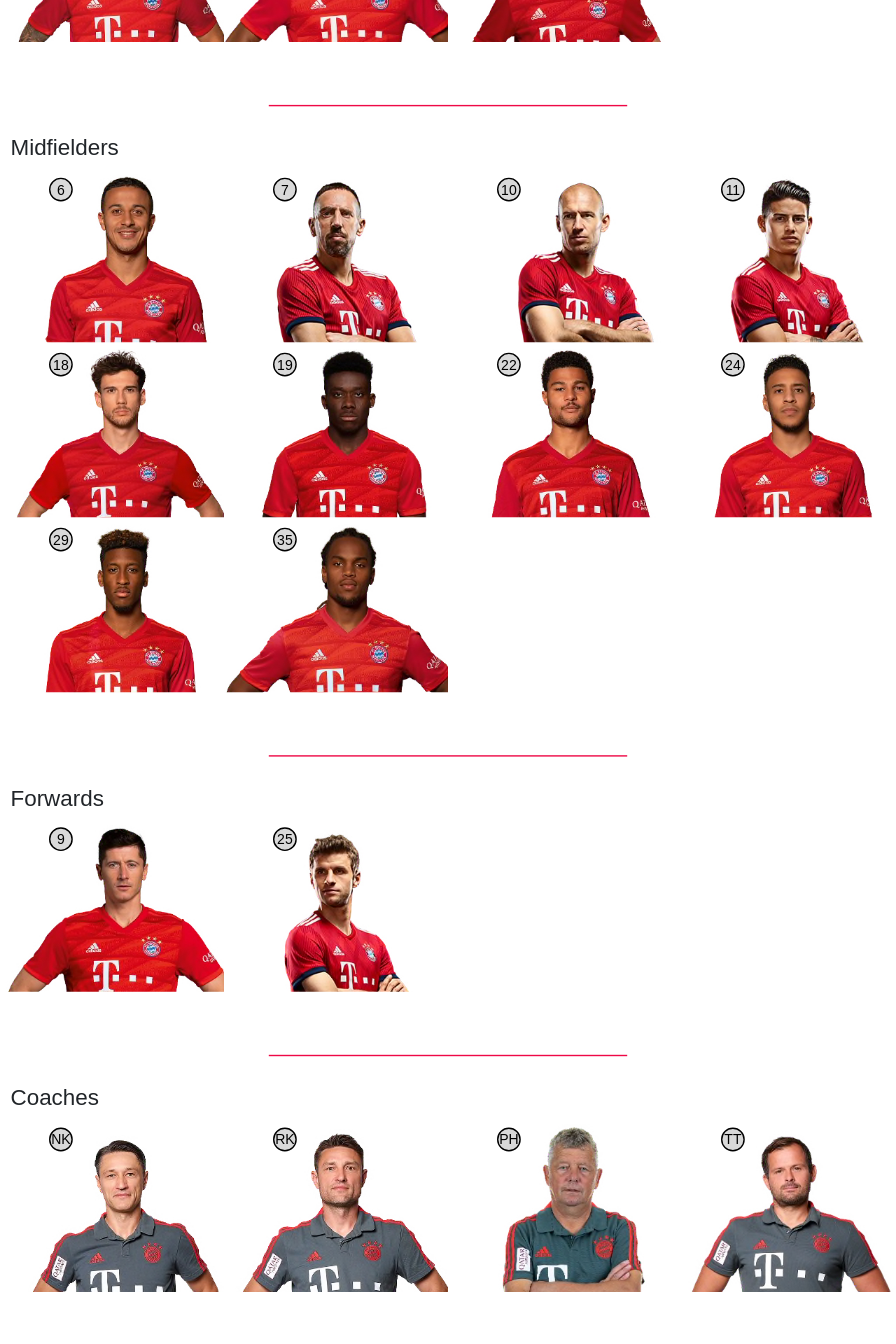
Repository: Code-Institute-Submissions/alnibo-milestone-project-1
Page: team.html
The author's editor kept a record of every edit. The page is drawn from the files as they stood at one moment, then again after the next edit.
The browser window is 1280 px wide. The pictures show the part of the page from y = 1817 to 3737 px (the page is 3853 px tall before and 3603 px after), at 70% of full size.
Some web fonts or font styles are not loaded; a fallback is used.

Above is the page before.

### team.html
<!DOCTYPE html>
<html lang="en">

<head>
    <meta charset="UTF-8">
    <meta name="viewport" content="width=device-width, initial-scale=1.0">
    <link rel="stylesheet" href="https://stackpath.bootstrapcdn.com/bootstrap/4.3.1/css/bootstrap.min.css" type="text/css" />
    <link rel="stylesheet" href="https://stackpath.bootstrapcdn.com/font-awesome/4.7.0/css/font-awesome.min.css" type="text/css" />
    <link rel="stylesheet" href="assets/css/style.css">
    <title>FC Bayern</title>
</head>

<body>

    <!---------------------------------------------------- Navbar -->
    <nav class="navbar navbar-expand-sm navbar-dark fixed-top">
        <a class="navbar-brand" href="index.html">
            <img src="https://upload.wikimedia.org/wikipedia/commons/thumb/1/1f/Logo_FC_Bayern_München_%282002–2017%29.svg/1024px-Logo_FC_Bayern_München_%282002–2017%29.svg.png" width="30" height="30" class="d-inline-block" class="d-inline-block align-center">FC Bayern
        </a>
        <button class="navbar-toggler" type="button" data-toggle="collapse" data-target="#navbarNavDropdown" aria-controls="navbarNavDropdown" aria-expanded="false" aria-label="Toggle navigation">
            <span class="navbar-toggler-icon"></span>
        </button>

        <div class="collapse navbar-collapse" id="navbarNavDropdown">
            <ul class="navbar-nav">
                <li class="nav-item active">
                    <a class="nav-link" href="index.html">Home <span class="sr-only">(current)</span></a>
                </li>
                <li class="nav-item">
                    <a class="nav-link" href="about.html">About</a>
                </li>
                <li class="nav-item dropdown">
                    <a class="nav-link dropdown-toggle" href=#" id="navbarDropdownMenuLink" data-toggle="dropdown" aria-haspopup="true" aria-expanded="false">Team
                    </a>
                    <div class="dropdown-menu" aria-labelledby="navbarDropdownMenuLink">
                        <a class="dropdown-item" href="team.html">All</a>
                        <a class="dropdown-item" href="team.html#goalkeepers">Goalkeepers</a>
                        <a class="dropdown-item" href="team.html#defenders">Defenders</a>
                        <a class="dropdown-item" href="team.html#midfielders">Midfielders</a>
                        <a class="dropdown-item" href="team.html#forwards">Forwards</a>
                        <a class="dropdown-item" href="team.html#coaches">Coaches</a>
                    </div>
                </li>
                <li class="nav-item">
                    <a class="nav-link" href="fixtures.html">Fixtures</a>
                </li>
                <li class="nav-item">
                    <a class="nav-link" href="table.html">Table</a>
                </li>
            </ul>
        </div>
    </nav>


    <!---------------------------------------------------- Content -->

    <div class="container-fluid">
        <div class="row">
            <img class="top-pic-team" src="assets/images/team.jpg" alt="team picture">
        </div>
    </div>

    <div class="container-fluid">
        <div class="row selector-btn">
            <a class="btn btn-sm btn-outline-danger btn--team" href="#goalkeepers">Goalkeepers</a>
            <a class="btn btn-sm btn-outline-danger btn--team" href="#defenders">Defenders</a>
            <a class="btn btn-sm btn-outline-danger btn--team" href="#midfielders">Midfielders</a>
            <a class="btn btn-sm btn-outline-danger btn--team" href="#forwards">Forwards</a>
            <a class="btn btn-sm btn-outline-danger btn--team" href="#coaches">Coaches</a>
        </div>
    </div>

    <div id="goalkeepers" class="container-fluid field-position">
        <h2>Goalkeepers</h2>
        <div class="row">
            <div class="col-12 col-md-6 col-lg-4 col-xl-3 player-pic">
                <img src="assets/images/1manuelneuer.jpg" alt="Manuel Neuer">
                <div class="text-centered1">Manuel Neuer</div>
                <div class="text-centered2">27/03/1986</div>
                <div class="shirt-number">1</div>
            </div>

            <div class="col-12 col-md-6 col-lg-4 col-xl-3 player-pic">
                <img src="assets/images/26svenulreich.jpg" alt="Sven Ulreich">
                <div class="text-centered1">Sven Ulreich</div>
                <div class="text-centered2">03/08/1988</div>
                <div class="shirt-number">26</div>
            </div>

            <div class="col-12 col-md-6 col-lg-4 col-xl-3 player-pic">
                <img src="assets/images/36christianfruchtl.jpg" alt="Christian Früchtl">
                <div class="text-centered1">Christian Früchtl</div>
                <div class="text-centered2">28/01/2000</div>
                <div class="shirt-number">36</div>
            </div>

            <div class="col-12 col-md-6 col-lg-4 col-xl-3 player-pic">
                <img src="assets/images/39ronthorbenhoffmann.jpg" alt="Ron-Thorben Hoffmann">
                <div class="text-centered1">Ron-Thorben Hoffmann</div>
                <div class="text-centered2">04/04/1999</div>
                <div class="shirt-number">39</div>
            </div>
        </div>
    </div>

    <hr class="block-divider-team">

    <div id="defenders" class="container-fluid field-position">
        <h2>Defenders</h2>
        <div class="row">
            <div class="col-12 col-md-6 col-lg-4 col-xl-3 player-pic" alt="Niklas Süle">
                <img src="assets/images/4niklassule.jpg">
                <div class="text-centered1">Niklas Süle</div>
                <div class="text-centered2">03/09/1995</div>
                <div class="shirt-number">4</div>
            </div>

            <div class="col-12 col-md-6 col-lg-4 col-xl-3 player-pic" alt="Benjamin Pavard">
                <img src="assets/images/5benjaminpavard.jpg">
                <div class="text-centered1">Benjamin Pavard</div>
                <div class="text-centered2">28/3/1996</div>
                <div class="shirt-number">5</div>
            </div>

            <div class="col-12 col-md-6 col-lg-4 col-xl-3 player-pic" alt="Javi Martinez">
                <img src="assets/images/8javimartinez.jpg">
                <div class="text-centered1">Javi Martínez</div>
                <div class="text-centered2">02/09/1988</div>
                <div class="shirt-number">8</div>
            </div>

            <div class="col-12 col-md-6 col-lg-4 col-xl-3 player-pic" alt="Jérôme Boateng">
                <img src="assets/images/17jeromeboateng.jpg">
                <div class="text-centered1">Jérôme Boateng</div>
                <div class="text-centered2">03/09/1988</div>
                <div class="shirt-number">17</div>
            </div>

            <div class="col-12 col-md-6 col-lg-4 col-xl-3 player-pic" alt="Lucas Hernández">
                <img src="assets/images/21lucashernandez.jpg">
                <div class="text-centered1">Lucas Hernández</div>
                <div class="text-centered2">14/02/1996</div>
                <div class="shirt-number">13</div>
            </div>

            <div class="col-12 col-md-6 col-lg-4 col-xl-3 player-pic" alt="David Alaba">
                <img src="assets/images/27davidalaba.jpg">
                <div class="text-centered1">David Alaba</div>
                <div class="text-centered2">24/06/1992</div>
                <div class="shirt-number">27</div>
            </div>

            <div class="col-12 col-md-6 col-lg-4 col-xl-3 player-pic"  alt="Joshua Kimmich">
                <img src="assets/images/32joshuakimmich.jpg">
                <div class="text-centered1">Joshua Kimmich</div>
                <div class="text-centered2">08/02/1995</div>
                <div class="shirt-number">32</div>
            </div>
        </div>
    </div>

    <hr class="block-divider-team">

    <div id="midfielders" class="container-fluid field-position">
        <h2>Midfielders</h2>
        <div class="row">
            <div class="col-12 col-sm-6 col-md-4 col-lg-3 player-pic" alt="Thiago">
                <img src="assets/images/6thiago.jpg">
                <div class="text-centered1">Thiago</div>
                <div class="text-centered2">11/04/1991</div>
                <div class="shirt-number">6</div>
            </div>

            <div class="col-12 col-sm-6 col-md-4 col-lg-3 player-pic" alt="Franck Ribéry">
                <img src="assets/images/7franckribery.jpg">
                <div class="text-centered1">Franck Ribéry</div>
                <div class="text-centered2">07.04.1983</div>
                <div class="shirt-number">7</div>
            </div>

            <div class="col-12 col-sm-6 col-md-4 col-lg-3 player-pic" alt="Arjen Robben">
                <img src="assets/images/10arjenrobben.jpg">
                <div class="text-centered1">Arjen Robben</div>
                <div class="text-centered2">23.01.1984</div>
                <div class="shirt-number">10</div>
            </div>

            <div class="col-12 col-sm-6 col-md-4 col-lg-3 player-pic" alt="James Rodriguez">
                <img src="assets/images/11jamesrodriguez.jpg">
                <div class="text-centered1">James Rodríguez</div>
                <div class="text-centered2">12.07.1991</div>
                <div class="shirt-number">11</div>
            </div>

            <div class="col-12 col-sm-6 col-md-4 col-lg-3 player-pic" alt="Leon Goretzka">
                <img src="assets/images/18leongoretzka.jpg">
                <div class="text-centered1">Leon Goretzka</div>
                <div class="text-centered2">06.02.1995</div>
                <div class="shirt-number">18</div>
            </div>

            <div class="col-12 col-sm-6 col-md-4 col-lg-3 player-pic" alt="Alphonso Davies">
                <img src="assets/images/19alphonsodavies.jpg">
                <div class="text-centered1">Alphonso Davies</div>
                <div class="text-centered2">02.11.2000</div>
                <div class="shirt-number">19</div>
            </div>

            <div class="col-12 col-sm-6 col-md-4 col-lg-3 player-pic" alt="Serge Gnabry">
                <img src="assets/images/22sergegnabry.jpg">
                <div class="text-centered1">Serge Gnabry</div>
                <div class="text-centered2">14.07.1995</div>
                <div class="shirt-number">22</div>
            </div>

            <div class="col-12 col-sm-6 col-md-4 col-lg-3 player-pic" alt="Corentin Tolisso">
                <img src="assets/images/24corentintolisso.jpg">
                <div class="text-centered1">Corentin Tolisso</div>
                <div class="text-centered2">03.08.1994</div>
                <div class="shirt-number">24</div>
            </div>

            <div class="col-12 col-sm-6 col-md-4 col-lg-3 player-pic" alt="Kingsley Coman">
                <img src="assets/images/29kingsleycoman.jpg">
                <div class="text-centered1">Kingsley Coman</div>
                <div class="text-centered2">13.06.1996</div>
                <div class="shirt-number">29</div>
            </div>

            <div class="col-12 col-sm-6 col-md-4 col-lg-3 player-pic"  alt="Renato Sanches">
                <img src="assets/images/35renatosanches.jpg">
                <div class="text-centered1">Renato Sanches</div>
                <div class="text-centered2">18.08.1997</div>
                <div class="shirt-number">35</div>
            </div>
        </div>
    </div>

    <hr class="block-divider-team">

    <div id="forwards" class="container-fluid field-position">
        <h2>Forwards</h2>
        <div class="row">
            <div class="col-12 col-sm-6 col-md-4 col-lg-3 player-pic" alt="Robert Lewandowski">
                <img src="assets/images/9robertlewandowski.jpg">
                <div class="text-centered1">Robert Lewandowski</div>
                <div class="text-centered2">21.08.1988</div>
                <div class="shirt-number">9</div>
            </div>

            <div class="col-12 col-sm-6 col-md-4 col-lg-3 player-pic" alt="Thomas Müller">
                <img src="assets/images/25thomasmueller.jpg">
                <div class="text-centered1">Thomas Müller</div>
                <div class="text-centered2">13.09.1989</div>
                <div class="shirt-number">25</div>
            </div>
        </div>
    </div>

    <hr class="block-divider-team">

    <div id="coaches" class="container-fluid field-position">
        <h2>Coaches</h2>
        <div class="row">
            <div class="col-12 col-sm-6 col-md-4 col-lg-3 player-pic" alt="Niko Kovac">
                <img src="assets/images/nikokovac.jpg">
                <div class="text-centered1">Niko Kovac</div>
                <div class="text-centered2">Head coach</div>
                <div class="shirt-number">NK</div>
            </div>

            <div class="col-12 col-sm-6 col-md-4 col-lg-3 player-pic" alt="Robert Kovac">
                <img src="assets/images/robertkovac.jpg">
                <div class="text-centered1">Robert Kovac</div>
                <div class="text-centered2">Assistant coach</div>
                <div class="shirt-number">RK</div>
            </div>

            <div class="col-12 col-sm-6 col-md-4 col-lg-3 player-pic" alt="Peter Hermann">
                <img src="assets/images/peterhermann.jpg">
                <div class="text-centered1">Peter Hermann</div>
                <div class="text-centered2">Assistant coach</div>
                <div class="shirt-number">PH</div>
            </div>

            <div class="col-12 col-sm-6 col-md-4 col-lg-3 player-pic" alt="Toni Tapalovic">
                <img src="assets/images/tonitapalovic.jpg">
                <div class="text-centered1">Toni Tapalovic</div>
                <div class="text-centered2">Goalkeeping coach</div>
                <div class="shirt-number">TT</div>
            </div>
        </div>
    </div>
    <div class="container-fluid spaceholder">

    </div>

    <!---------------------------------------------------- Footer -->

    <footer class="container-fluid">
        <div class="footer-details row">
            <div class="col-sm-12">
                <h5 class="social">Follow FC Bayern!</h5>
                <ul class="list-inline social-links">
                    <li class="list-inline-item">
                        <a target="_blank" href="https://www.facebook.com/fcbayern.en/">
                            <i class="fa fa-facebook" aria-hidden="true"></i>
                            <span class="sr-only">Facebook</span>
                        </a>
                    </li>
                    <li class="list-inline-item">
                        <a target="_blank" href="https://www.instagram.com/fcbayern/?hl">
                            <i class="fa fa-instagram" aria-hidden="true"></i>
                            <span class="sr-only">Instagram</span>
                        </a>
                    </li>
                    <li class="list-inline-item">
                        <a target="_blank" href="https://www.youtube.com/user/fcbayern">
                            <i class="fa fa-youtube" aria-hidden="true"></i>
                            <span class="sr-only">YouTube</span>
                        </a>
                    </li>
                    <li class="list-inline-item">
                        <a target="_blank" href="https://twitter.com/FCBayern">
                            <i class="fa fa-twitter" aria-hidden="true"></i>
                            <span class="sr-only">Twitter</span>
                        </a>
                    </li>
                </ul>
            </div>
        </div>
    </footer>

    <script src="https://code.jquery.com/jquery-3.3.1.slim.min.js" integrity="sha384-q8i/X+965DzO0rT7abK41JStQIAqVgRVzpbzo5smXKp4YfRvH+8abtTE1Pi6jizo" crossorigin="anonymous"></script>
    <script src="https://stackpath.bootstrapcdn.com/bootstrap/4.1.3/js/bootstrap.min.js" integrity="sha384-ChfqqxuZUCnJSK3+MXmPNIyE6ZbWh2IMqE241rYiqJxyMiZ6OW/JmZQ5stwEULTy" crossorigin="anonymous"></script>
</body>

</html>

Loaded but not shown: assets/css/style.css (598 lines, source omitted)

After the next edit:
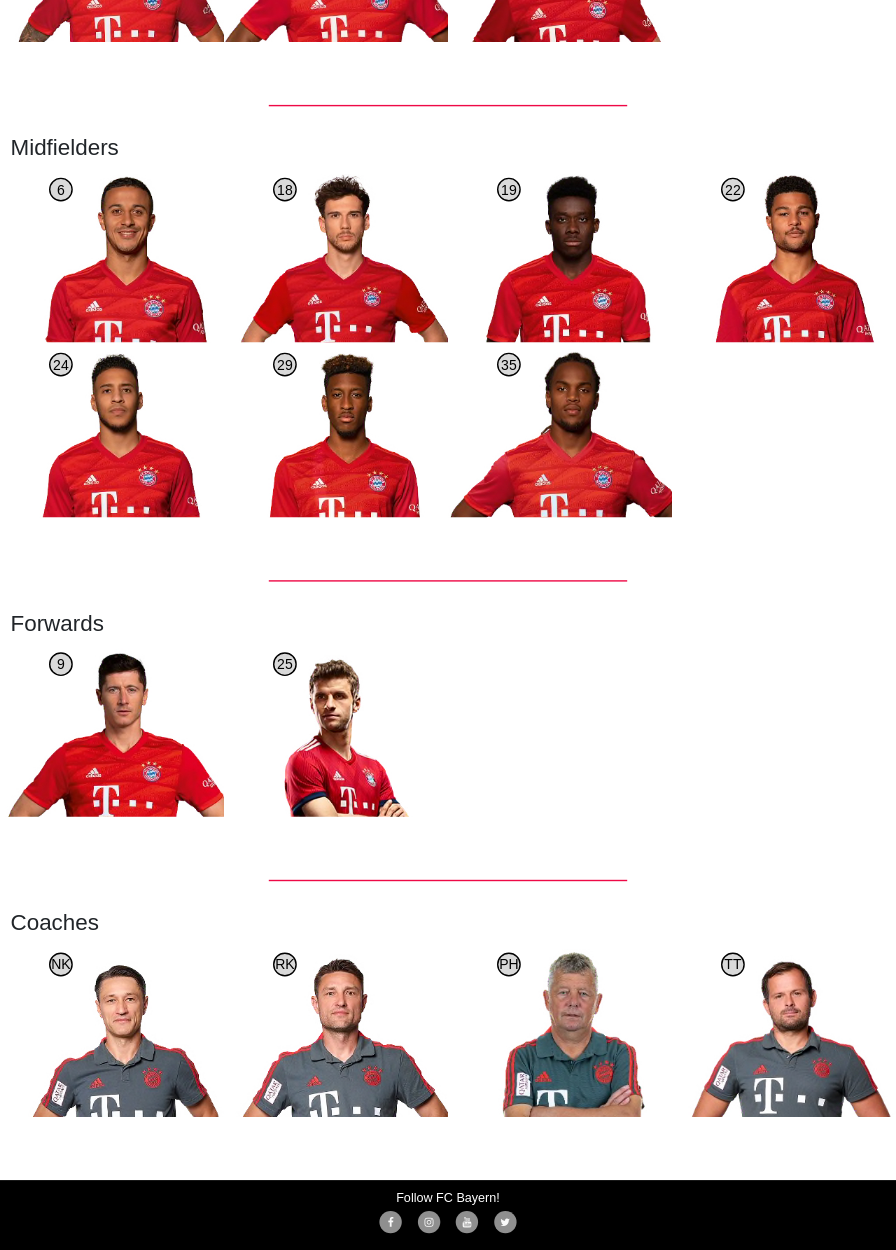
The edit:
--- a/team.html
+++ b/team.html
@@ -169,27 +169,6 @@
                 <div class="text-centered1">Thiago</div>
                 <div class="text-centered2">11/04/1991</div>
                 <div class="shirt-number">6</div>
-            </div>
-
-            <div class="col-12 col-sm-6 col-md-4 col-lg-3 player-pic" alt="Franck Ribéry">
-                <img src="assets/images/7franckribery.jpg">
-                <div class="text-centered1">Franck Ribéry</div>
-                <div class="text-centered2">07.04.1983</div>
-                <div class="shirt-number">7</div>
-            </div>
-
-            <div class="col-12 col-sm-6 col-md-4 col-lg-3 player-pic" alt="Arjen Robben">
-                <img src="assets/images/10arjenrobben.jpg">
-                <div class="text-centered1">Arjen Robben</div>
-                <div class="text-centered2">23.01.1984</div>
-                <div class="shirt-number">10</div>
-            </div>
-
-            <div class="col-12 col-sm-6 col-md-4 col-lg-3 player-pic" alt="James Rodriguez">
-                <img src="assets/images/11jamesrodriguez.jpg">
-                <div class="text-centered1">James Rodríguez</div>
-                <div class="text-centered2">12.07.1991</div>
-                <div class="shirt-number">11</div>
             </div>
 
             <div class="col-12 col-sm-6 col-md-4 col-lg-3 player-pic" alt="Leon Goretzka">
